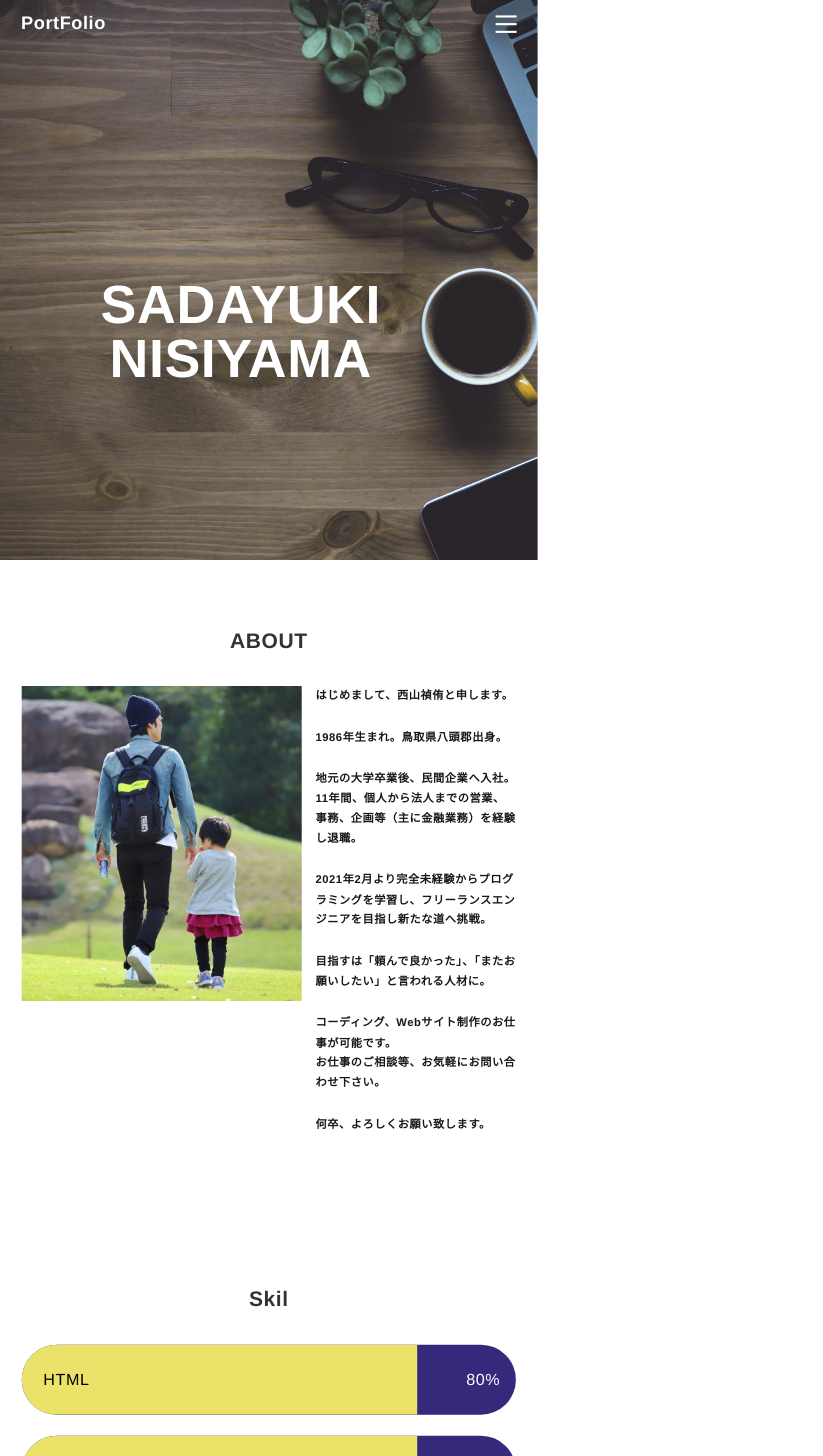
Repository: sadayuki15/portfolio
Page: index.html
An editor plug-in stored every save of this project. The page is shown before and after the next save, followed by the edit.
The browser window is 768 px wide. The page is 768 px wide, then 1175 px, then 768 px, so the pictures cover 1175 px, including what lies to the right of the window. The pictures show the part of the page from y = 0 to 2080 px (the page is 3907 px tall), at 70% of full size.

Above is the page before, as saved 2021-04-26 02:05:19.

After the next save:
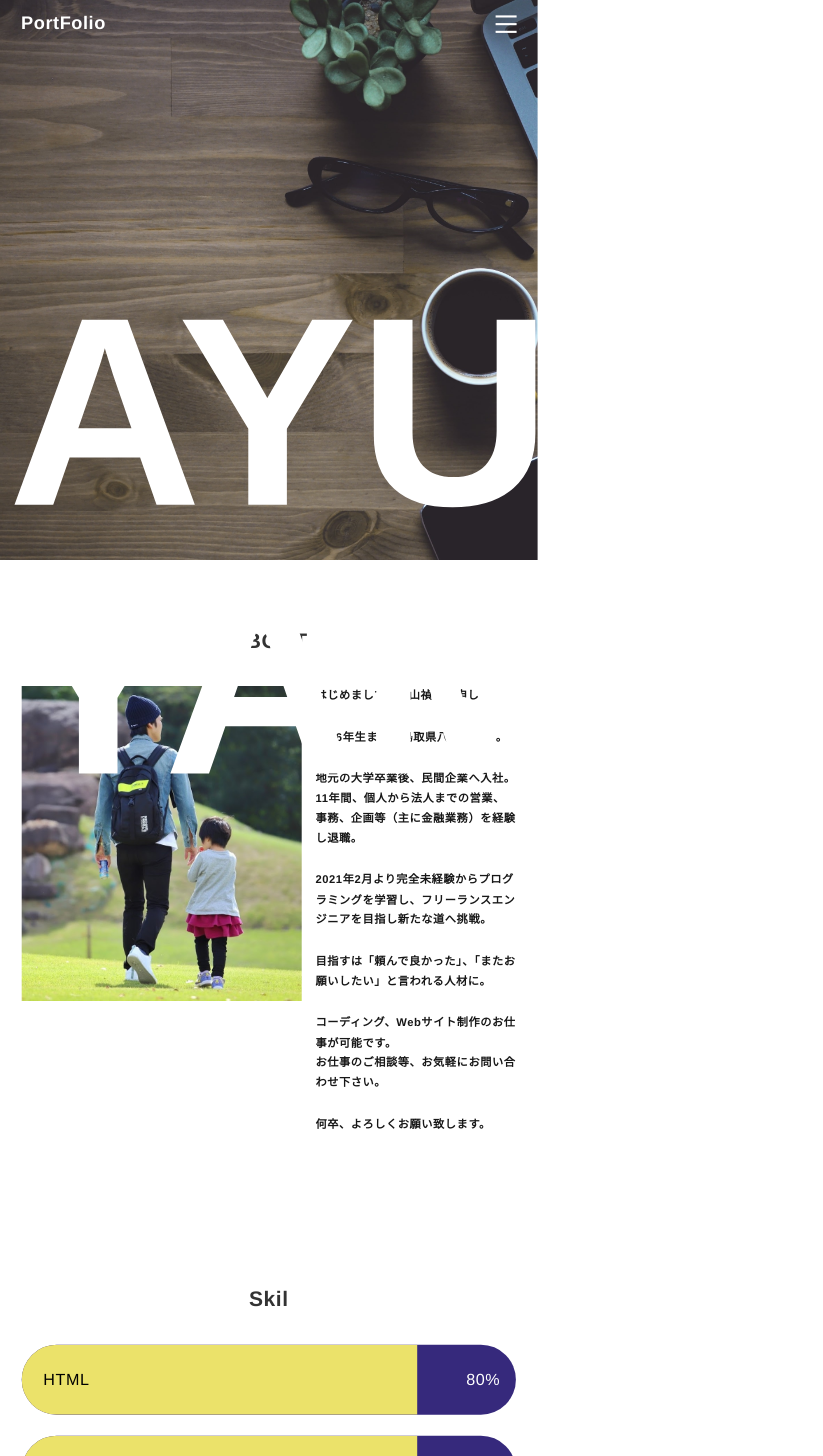
Saved 6 s later.
--- a/css/style.css
+++ b/css/style.css
@@ -400,7 +400,7 @@
   left: 50%;
   transform: translate(-60%,-50%);
 }
-. {
+.main-title {
   font-size: 50vw;
   white-space: nowrap;
 }

After the save that followed:
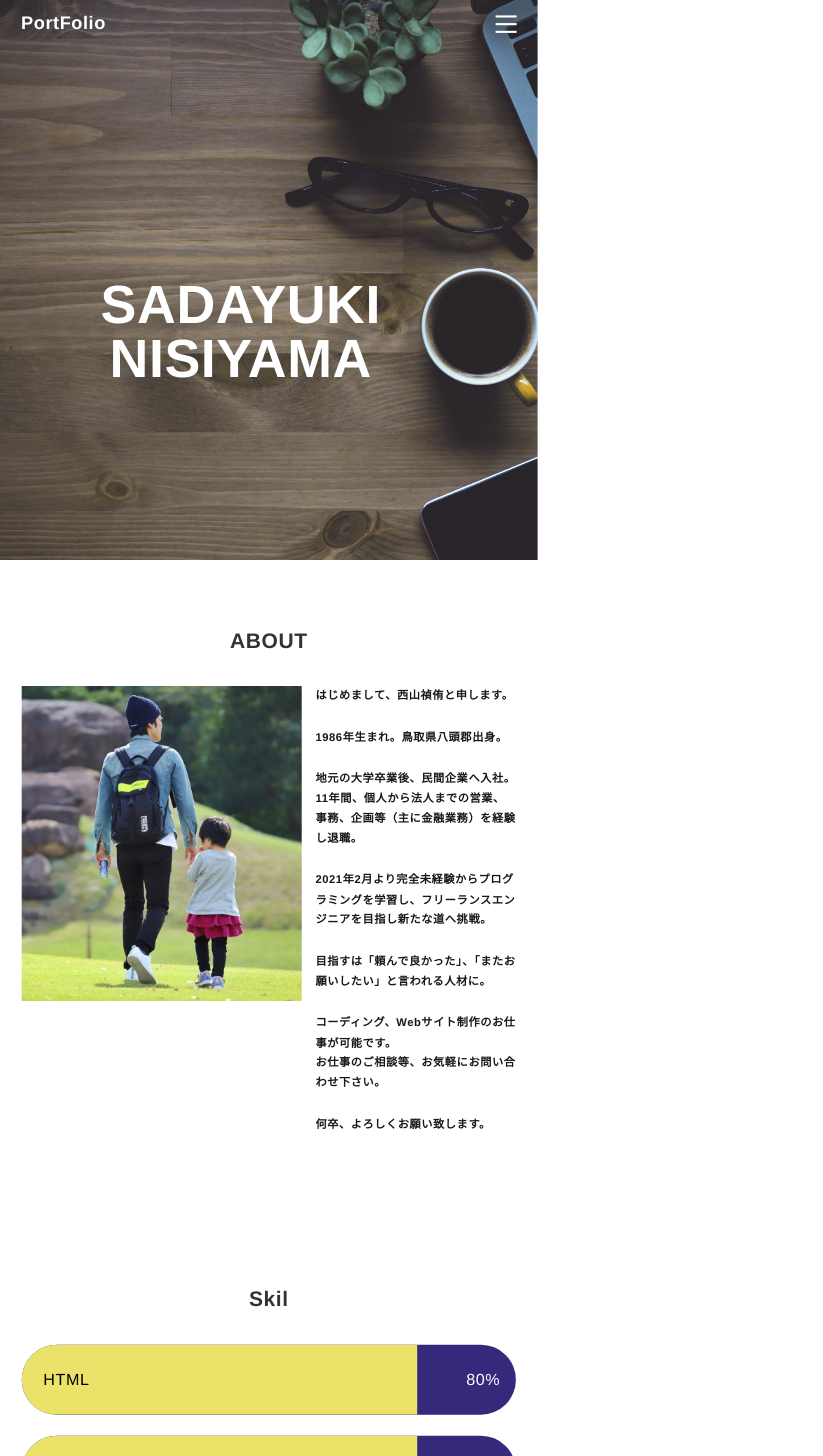
Saved 22 s later.
--- a/css/style.css
+++ b/css/style.css
@@ -401,7 +401,7 @@
   transform: translate(-60%,-50%);
 }
 .main-title {
-  font-size: 50vw;
+  font-size: vw;
   white-space: nowrap;
 }
 }
